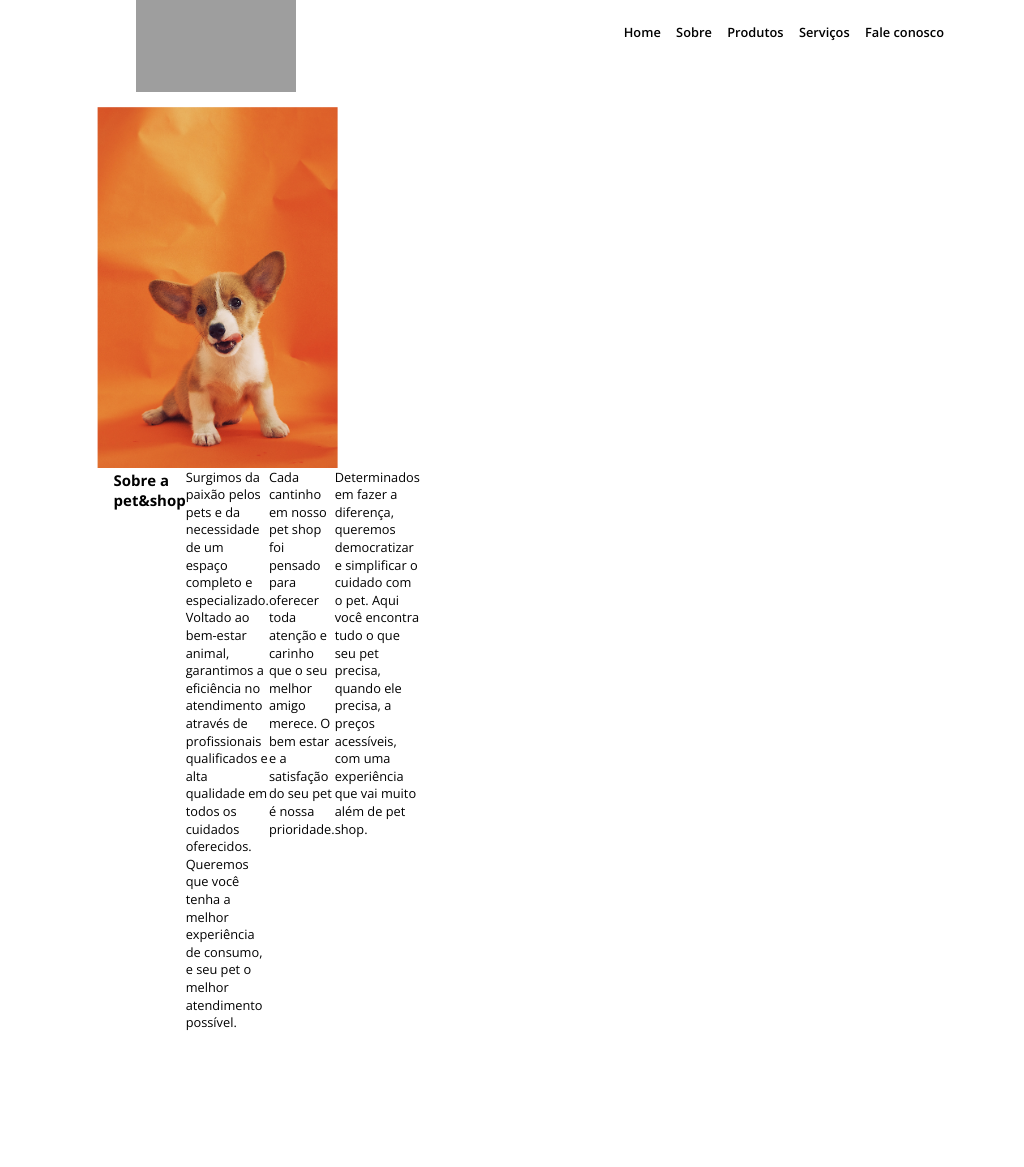
Repository: Iluiscarlos/Projeto-Site-PetShop
Page: About.html
An editor plug-in stored every save of this project. The page is shown before and after the next save, followed by the edit.
The browser window is 1280 px wide. The pictures show the whole page, at 80% of full size.
Pictures or frames that could not be fetched are drawn as grey boxes. Some web libraries are served in a nearby version.

Above is the page before, as saved 2022-04-24 17:43:51.

After the next save:
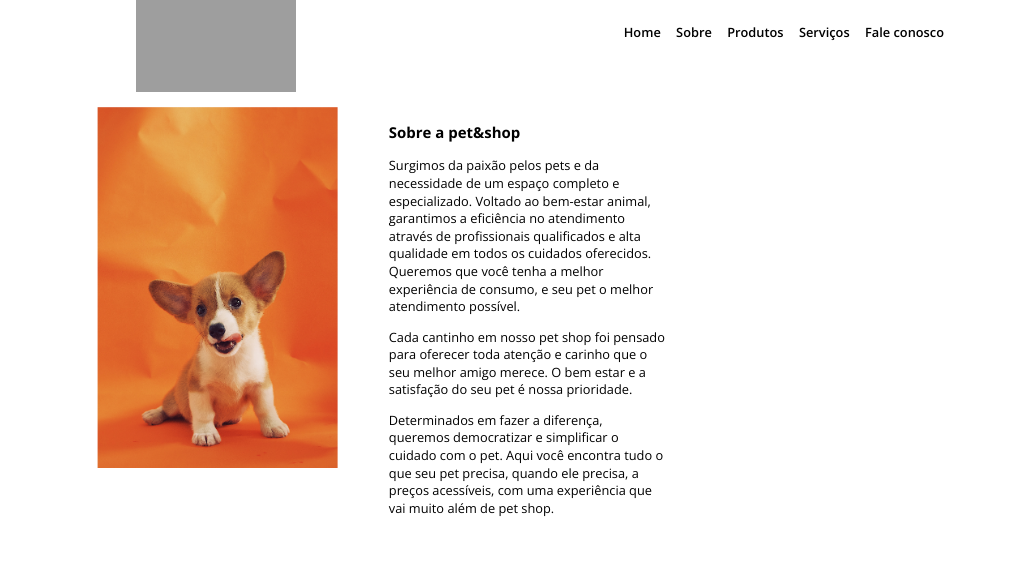
Saved 25 s later.
--- a/About.html
+++ b/About.html
@@ -60,9 +60,11 @@
 
     .column {
       width: 35%;
-      display: flex;
-      flex-direction: row;
+      display: inline-block;
+      float: left;
       padding: 2px;
+      margin-left: auto;
+      margin-right: auto;
       box-sizing: border-box;
     }
 
